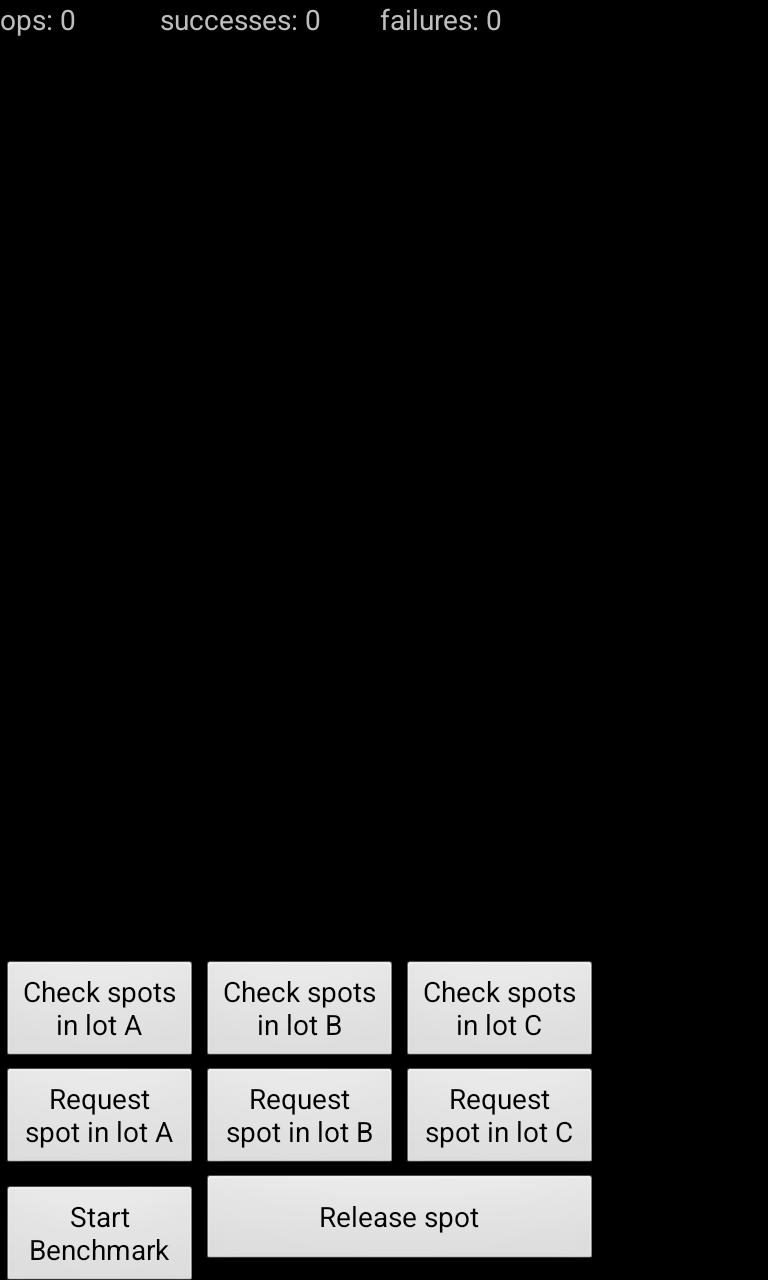
Repository: jasongao/csmcode
Layout: current/workspace/SMCloud/res/layout/main.xml
These files come from the project's save history. The layout is drawn as it stood at one moment and after the next save; the edit follows.
It is drawn on a 768 x 1280 px phone screen (xhdpi) without system bars, with theme android:Theme; the app's code is not run. Lists and similar views that code fills are empty.

Above is the layout before, as saved 2011-07-14 19:01:05.

After the next save:
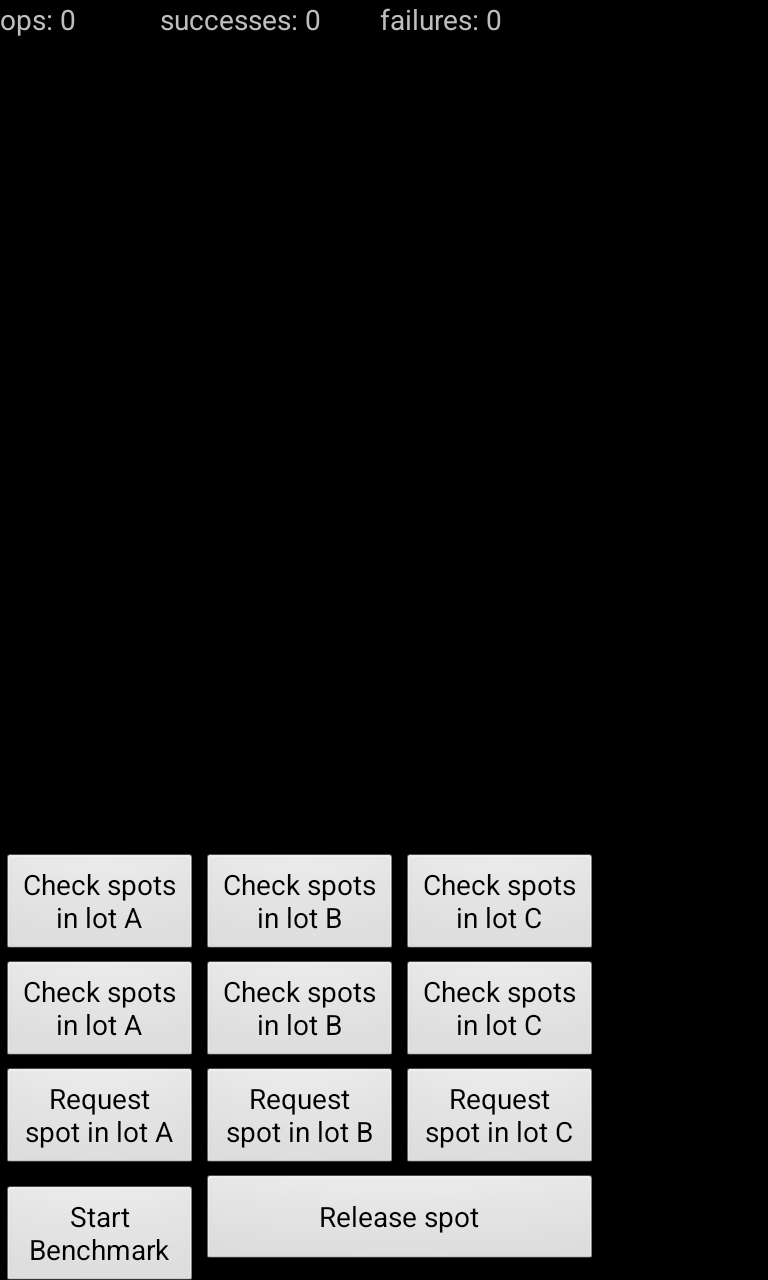
Saved 2 min 33 s later.
--- a/current/workspace/SMCloud/res/layout/main.xml
+++ b/current/workspace/SMCloud/res/layout/main.xml
@@ -17,6 +17,20 @@
 		android:layout_height="fill_parent" android:stackFromBottom="true"
 		android:transcriptMode="alwaysScroll" android:layout_weight="1">
 	</ListView>
+
+	<LinearLayout android:layout_width="fill_parent"
+		android:orientation="horizontal" android:layout_height="wrap_content"
+		android:id="@+id/CheckSpotLayout">
+		<Button android:layout_height="wrap_content"
+			android:layout_width="100dip" android:text="Check spots in lot A"
+			android:id="@+id/readparkingA_button"></Button>
+		<Button android:layout_height="wrap_content"
+			android:layout_width="100dip" android:text="Check spots in lot B"
+			android:id="@+id/readparkingB_button"></Button>
+		<Button android:layout_height="wrap_content"
+			android:layout_width="100dip" android:text="Check spots in lot C"
+			android:id="@+id/readparkingC_button"></Button>
+	</LinearLayout>
 
 	<LinearLayout android:layout_width="fill_parent"
 		android:orientation="horizontal" android:layout_height="wrap_content"
